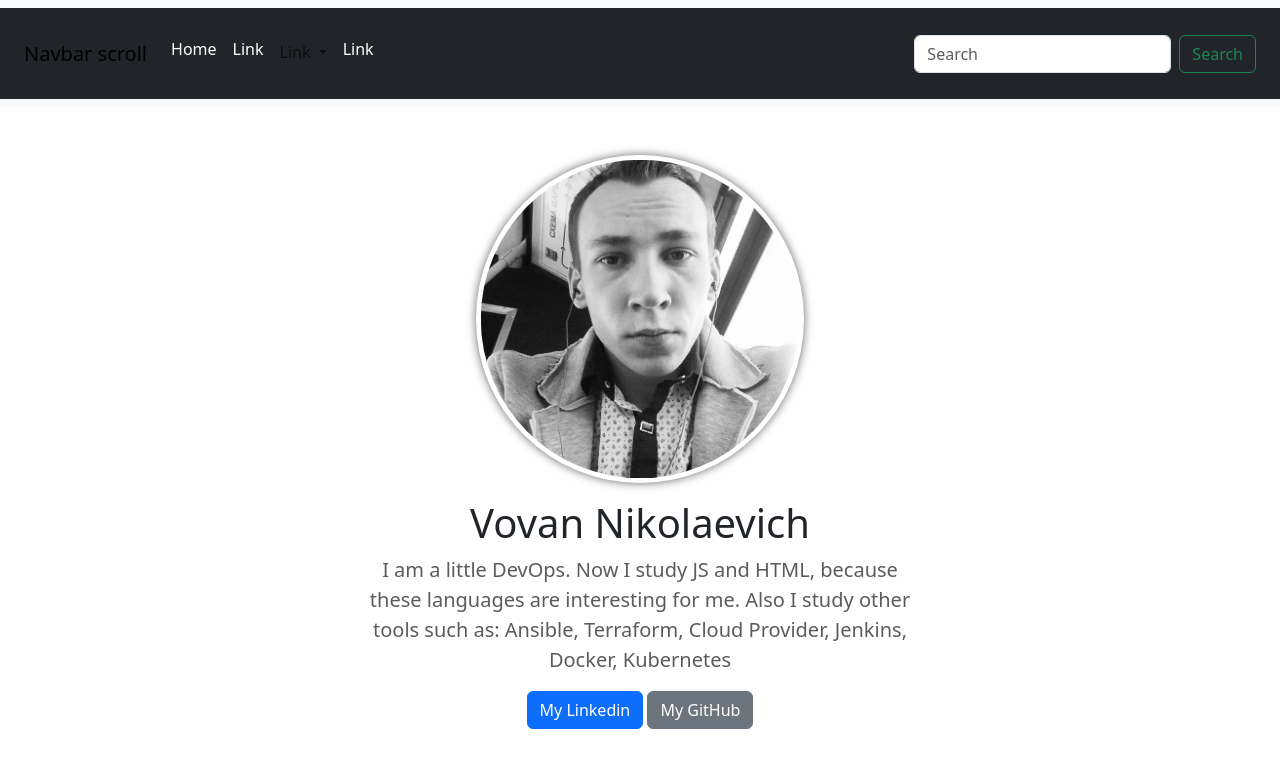
Repository: vovanbl411/mini-web-site
Page: index.html
These files come from the project's save history. The page is drawn as it stood at one moment and after the next save; the edit follows.
The browser window is 1280 px wide. The pictures show the whole page.

Above is the page before, as saved 2023-01-22 00:13:14.

After the next save:
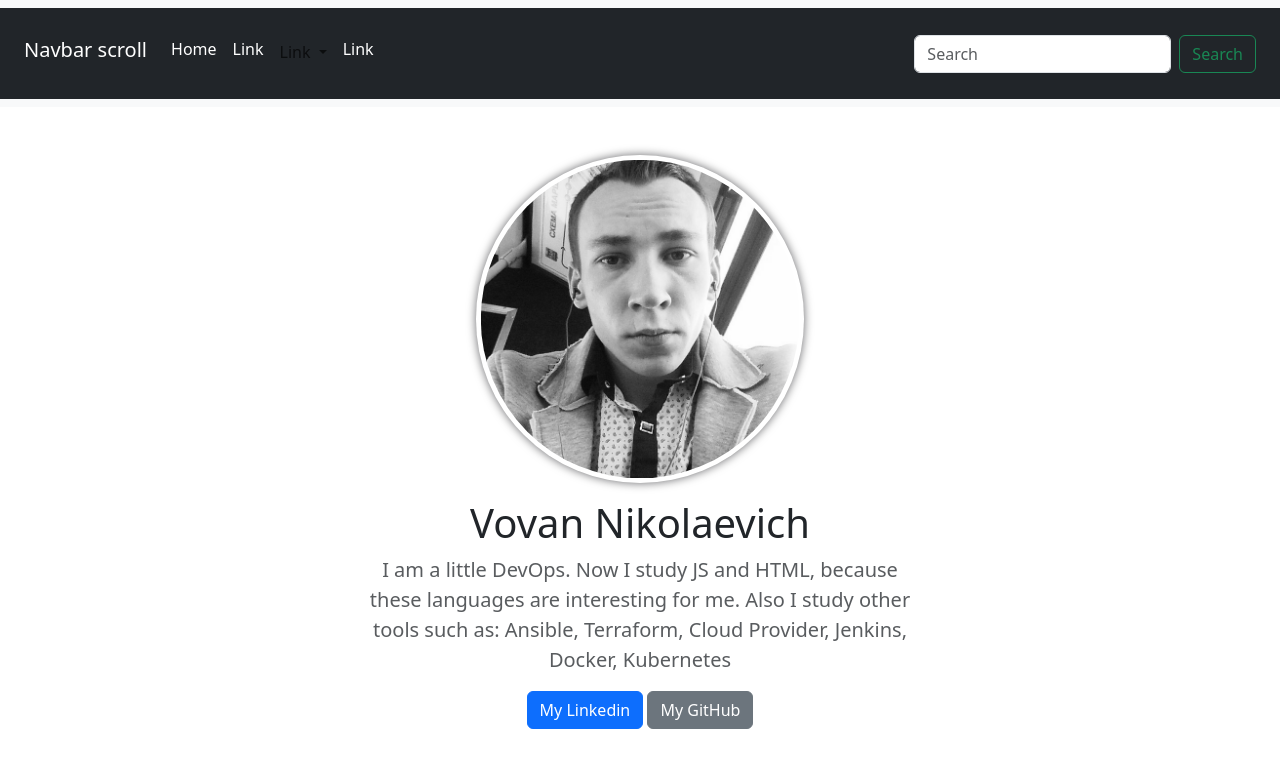
Saved 22 s later.
--- a/index.html
+++ b/index.html
@@ -23,7 +23,7 @@
   <body>
     <nav class="navbar navbar-expand-lg bg-body-tertiary">
       <div class="container-fluid bg-dark p-4">
-        <a class="navbar-brand" href="#">Navbar scroll</a>
+        <a class="navbar-brand text-white h4" href="#">Navbar scroll</a>
         <button
           class="navbar-toggler"
           type="button"
